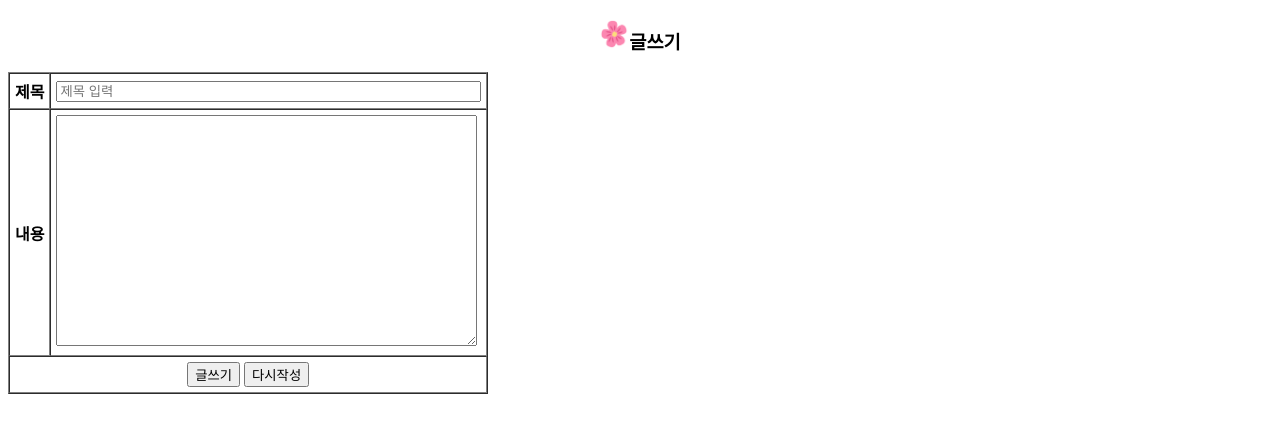
Repository: Gmajorlist/HTML
Page: http://localhost/miniProject_JSP/board/boardWriteForm.jsp
The author's editor kept a copy of each file at every save. The page is drawn from the files as they stood at one save, then again after the next save.
The browser window is 1280 px wide. The pictures show the whole page.
The page is served by Tomcat 9. Nobody is signed in. The application's start-up code is not run. Other server files are loaded and not shown.

Above is the page before, as saved 2023-03-07 08:06:23.

### miniProject_JSP/src/main/webapp/board/boardWriteForm.jsp
<%@ page language="java" contentType="text/html; charset=UTF-8"
    pageEncoding="UTF-8"%>
<!DOCTYPE html>
<html>
<head>
<meta charset="UTF-8">
<title>Insert title here</title>
<style type="text/css">
<div{
	font-size:8pt;
	color: red;
	font-weight: bold;


}

</style>
</head>
<body>
<form>
<h3>
<center>
<img src="../image/vlvlan.png" width="30" height="30" alt="꽃"
onclick="location.href='../index.jsp'" style="cursor: pointer" >글쓰기
</h3>
	<table border="1" cellpadding="5" cellspacing="0">
	 <tr>
	 	<th>제목</th>
	 	<td>
	 	<input type="text" name="subject" id="subject" placeholder="제목 입력" size="50">
               <div id="subjectDiv"></div>
            </td>
         </tr>
	 <tr>
          <th>내용</th>
          <td>
               <textarea name="content" id="content" cols="50" rows="15"></textarea>
               <div id="contentDiv"></div>
            </td>
         </tr>
     <tr>
            <td colspan="2" align="center">
               <input type="button" value="글쓰기" onclick="checkBoardWrite()">
               <input type="reset" value="다시작성">
            </td>
         </tr>
	</table>
</form>
</body>
</html>

After the next save:
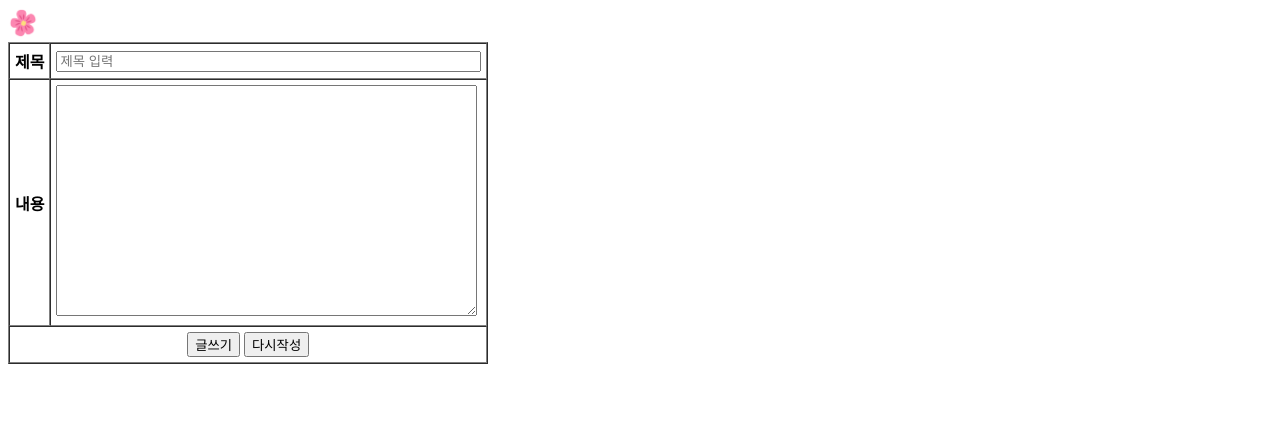
Console error: SyntaxError: Unexpected token 'else'
Saved 3 min 44 s later.
--- a/miniProject_JSP/src/main/webapp/board/boardWriteForm.jsp
+++ b/miniProject_JSP/src/main/webapp/board/boardWriteForm.jsp
@@ -1,50 +1,67 @@
-<%@ page language="java" contentType="text/html; charset=UTF-8"
-    pageEncoding="UTF-8"%>
+<%@ page language="java" contentType="text/html; charset=UTF-8" pageEncoding="UTF-8"%>
 <!DOCTYPE html>
 <html>
 <head>
 <meta charset="UTF-8">
-<title>Insert title here</title>
+<title>board</title>
 <style type="text/css">
-<div{
-	font-size:8pt;
-	color: red;
-	font-weight: bold;
+        div {
+            font-size: 10px;
+            color: red;
+            font-weight: bold;
+        }
+    </style>
 
-
-}
-
-</style>
 </head>
 <body>
-<form>
-<h3>
-<center>
-<img src="../image/vlvlan.png" width="30" height="30" alt="꽃"
-onclick="location.href='../index.jsp'" style="cursor: pointer" >글쓰기
-</h3>
-	<table border="1" cellpadding="5" cellspacing="0">
-	 <tr>
-	 	<th>제목</th>
-	 	<td>
-	 	<input type="text" name="subject" id="subject" placeholder="제목 입력" size="50">
+   <table border="1" cellpadding="5" cellspacing="0">
+      <form name="boardWriteForm" method="post" action="">
+         <img src="../image/vlvlan.png" width="30" height="30" alt="꽃"
+            onclick="location.href='../member/index.jsp'" style="cursor: pointer">
+         <tr>
+            <th>제목</th>
+            <td>
+               <input type="text" name="subject" id="subject" placeholder="제목 입력" size="50">
                <div id="subjectDiv"></div>
             </td>
          </tr>
-	 <tr>
-          <th>내용</th>
-          <td>
+         <tr>
+            <th>내용</th>
+            <td>
                <textarea name="content" id="content" cols="50" rows="15"></textarea>
                <div id="contentDiv"></div>
             </td>
          </tr>
-     <tr>
+         <tr>
             <td colspan="2" align="center">
                <input type="button" value="글쓰기" onclick="checkBoardWrite()">
                <input type="reset" value="다시작성">
             </td>
          </tr>
-	</table>
-</form>
+      </form>
+   </table>
+
+<script type="text/javascript">
+function checkBoardWrite(){
+
+    document.getElementById("subjectDiv").innerText = "";
+    document.getElementById("contentDiv").innerText = "";
+
+    if(document.getElementById("subject").value == "")
+
+      	document.getElementById("subjectDiv").innerText = "제목 입력";
+		document.boardWriteForm.subject.focus();
+
+    else if (document.getElementById("content").value == "")
+
+      	document.getElementById("contentDiv").innerText = "내용 입력";
+
+
+    else
+
+      	document.Form.submit();
+
+      }
+   </script>
 </body>
 </html>
